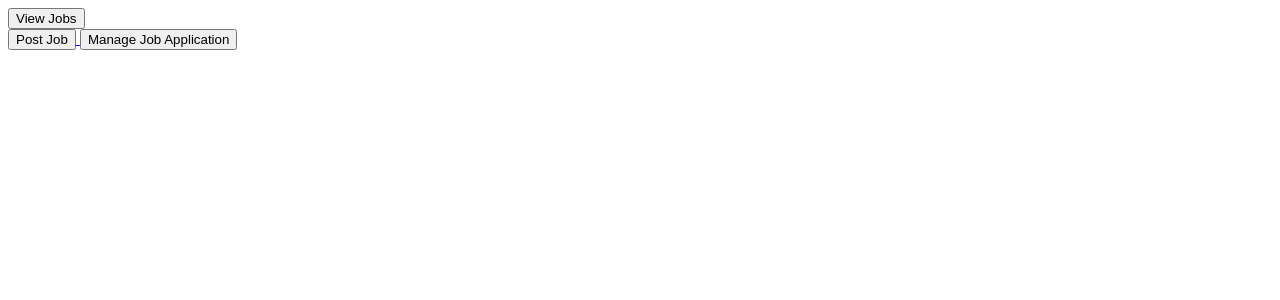
Repository: JamesArul/CLBSiteSTMT
Page: StudentsMeetFrontEnd/WebContent/Job/JobHome.html
An editor plug-in stored every save of this project. The page is shown before and after the next save, followed by the edit.
The browser window is 1280 px wide. The pictures show the whole page.

Above is the page before, as saved 2017-06-06 02:00:34.

### StudentsMeetFrontEnd/WebContent/Job/JobHome.html
<div ng-include="'Common/CommonHeader.html'"></div>
<div ng-controller="JobController as jtrl">
<div ng-if="isUser">
<button class="btn btn-info" ng-click="jtrl.getJobs()">View Jobs</button>
</div>
<div ng-if="isAdmin">
<a href="#" data-toggle="tooltip" data-placement="top" title="Post new Job Offers in website">
<button class="btn btn-info" ng-click="jtrl.putJob()">Post Job</button>
</a>
<a href="#" data-toggle="tooltip" data-placement="top" title="Manage Job Applications of users">
<button class="btn btn-info" ng-click="jtrl.getJobApplications()">Manage Job Application</button>
</a>
</div>
</div>

After the next save:
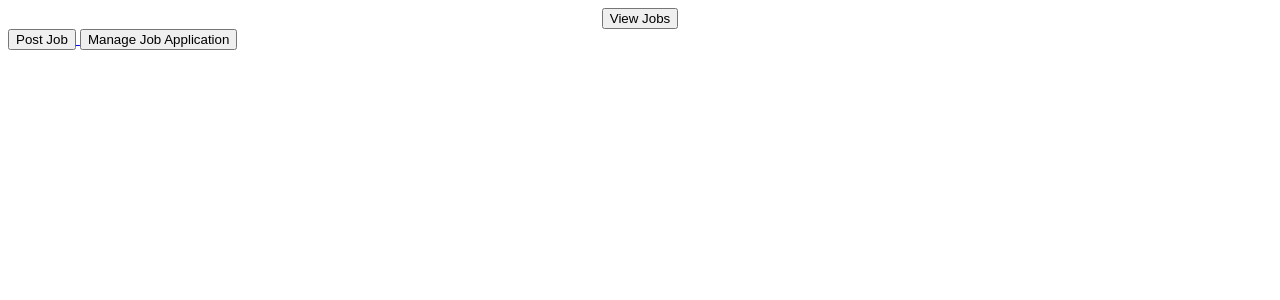
Saved 3 h 44 min later.
--- a/StudentsMeetFrontEnd/WebContent/Job/JobHome.html
+++ b/StudentsMeetFrontEnd/WebContent/Job/JobHome.html
@@ -1,8 +1,11 @@
 <div ng-include="'Common/CommonHeader.html'"></div>
 <div ng-controller="JobController as jtrl">
+<center>
 <div ng-if="isUser">
 <button class="btn btn-info" ng-click="jtrl.getJobs()">View Jobs</button>
 </div>
+</center>
+<center></center>
 <div ng-if="isAdmin">
 <a href="#" data-toggle="tooltip" data-placement="top" title="Post new Job Offers in website">
 <button class="btn btn-info" ng-click="jtrl.putJob()">Post Job</button>
@@ -11,4 +14,5 @@
 <button class="btn btn-info" ng-click="jtrl.getJobApplications()">Manage Job Application</button>
 </a>
 </div>
+</center>
 </div>
